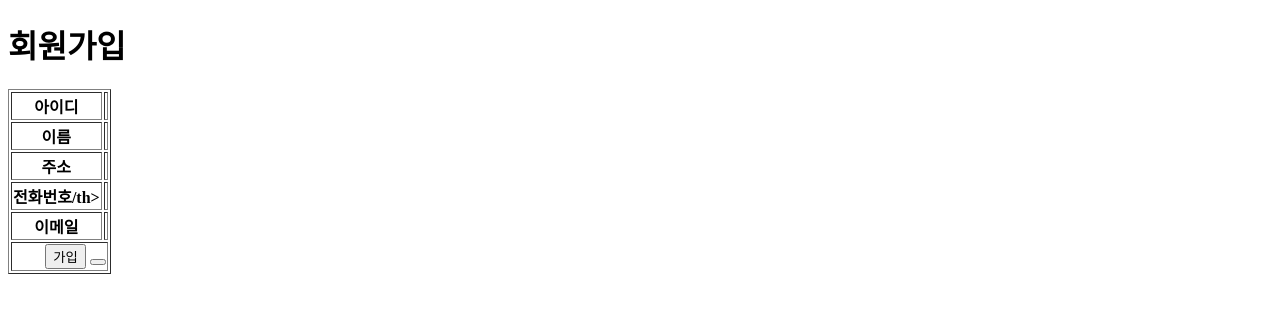
Repository: dd-jiny/KH_Web
Page: http://localhost/Jsp04_LoginBoard/regist.jsp
The author's editor kept a copy of each file at every save. The page is drawn from the files as they stood at one save, then again after the next save.
The browser window is 1280 px wide. The pictures show the whole page.
The page is served by Tomcat 9. Other server files are loaded and not shown.

Above is the page before, as saved 2021-02-22 04:42:23.

### Workspace_WEB/Jsp04_LoginBoard/WebContent/regist.jsp
<%@ page language="java" contentType="text/html; charset=UTF-8"
    pageEncoding="UTF-8"%>

<% request.setCharacterEncoding("UTF-8"); %>
<% response.setContentType("text/html; charset=UTF-8");%>
<!DOCTYPE html>
<html>
<head>
<meta charset="UTF-8">
<title>Insert title here</title>
</head>
<body>

	<h1>회원가입</h1>

	<form action="logincontroller.jsp" method="post">
		<input type="hidden" name="command" value="insertuser"/>

	<table border="1">
		<tr>
			<th>아이디</th>
			<td></td>
		</tr>
		<tr>
			<th>이름</th>
			<td></td>
		</tr>
		<tr>
			<th>주소</th>
			<td></td>
		</tr>
		<tr>
			<th>전화번호/th>
			<td></td>
		</tr>
		<tr>
			<th>이메일</th>
			<td></td>
		</tr>
		<tr>
			<td colspan="2" align="right">
				<input type="submit" value="가입" />
				<button></button>
			</td>
		</tr>
	</table>
	</form>

</body>
</html>

After the next save:
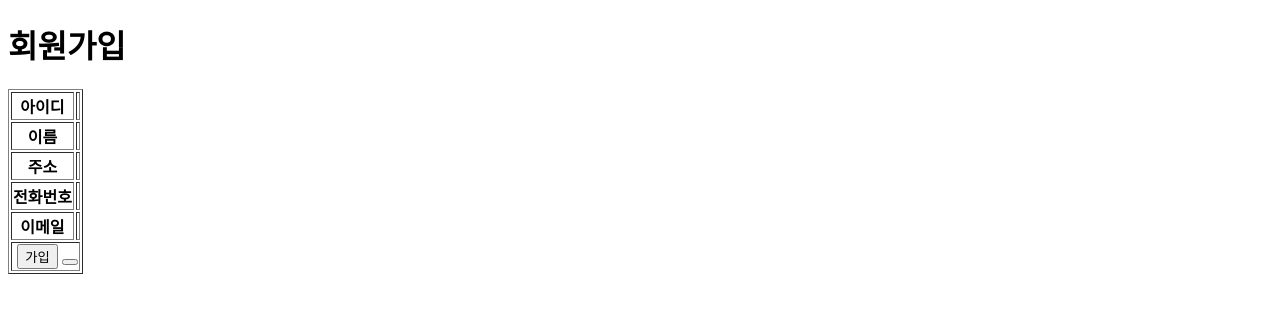
Saved 21 s later.
--- a/Workspace_WEB/Jsp04_LoginBoard/WebContent/regist.jsp
+++ b/Workspace_WEB/Jsp04_LoginBoard/WebContent/regist.jsp
@@ -30,7 +30,7 @@
 			<td></td>
 		</tr>
 		<tr>
-			<th>전화번호/th>
+			<th>전화번호</th>
 			<td></td>
 		</tr>
 		<tr>
